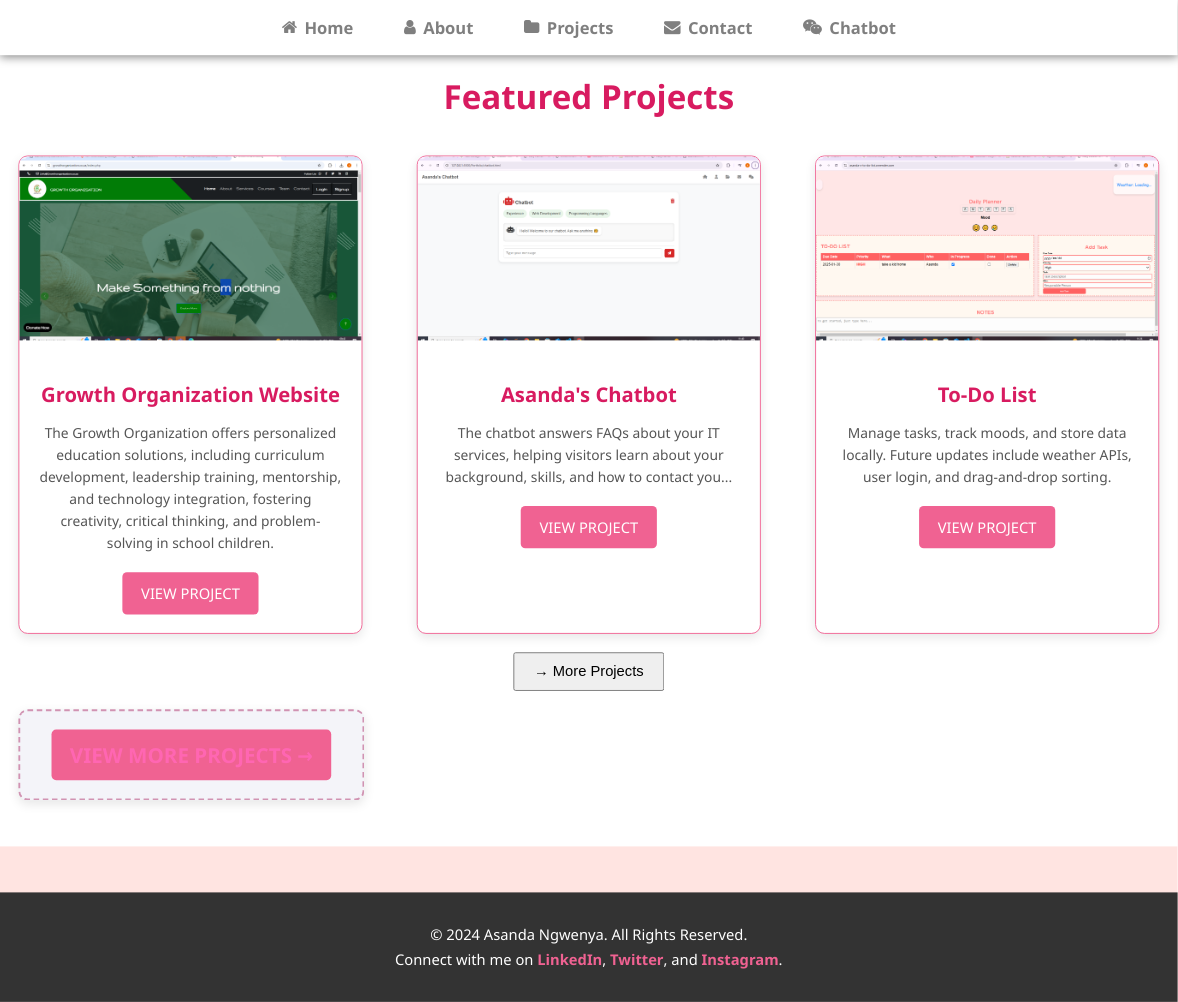
Repository: asandan8106/Asanda-sPortfolio
Page: Portfolio/project.html
An editor plug-in stored every save of this project. The page is shown before and after the next save, followed by the edit.
The browser window is 1280 px wide. The pictures show the whole page, at 92% of full size.

Above is the page before, as saved 2025-05-19 12:00:44.

### Portfolio/project.html
<!DOCTYPE html>
<html lang="en">
<head>
  <meta charset="UTF-8" />
  <meta name="viewport" content="width=device-width, initial-scale=1.0" />
  <title>Portfolio - About</title>
  <link rel="stylesheet" href="https://cdnjs.cloudflare.com/ajax/libs/font-awesome/4.7.0/css/font-awesome.min.css" />
  <link rel="stylesheet" href="styles/CSS/project.css" />
</head>
<body class="projects-page">
  <!-- Navigation Bar -->
  <header>
    <nav class="navbar">
      <div class="icon-bar">
        <a href="index.html"><i class="fa fa-home"></i><span>Home</span></a>
        <a href="About.html"><i class="fa fa-user"></i><span>About</span></a>
        <a href="project.html"><i class="fa fa-folder"></i><span>Projects</span></a>
        <a href="contact.html"><i class="fa fa-envelope"></i><span>Contact</span></a>
        <a href="chatbot.html"><i class="fa fa-wechat"></i><span>Chatbot</span></a>
      </div>
    </nav>
  </header>

  <!-- Projects Section -->
  <section class="project-section">
    <div>
      <h1>Featured Projects</h1>
    </div>

    <!-- Project Cards -->
    <div class="project-cards">
      <!-- Project 1 -->
      <div class="project-card">
        <img src="images/Screenshot (109).png" alt="Growth Organization Website Screenshot" />
        <div class="card-content">
          <h2>Growth Organization Website</h2>
          <p>The Growth Organization offers personalized education solutions, including curriculum development, leadership training, mentorship, and technology integration, fostering creativity, critical thinking, and problem-solving in school children.</p>
          <a href="https://www.growthorganization.co.za/index.php" class="project-link" target="_blank">View Project</a>
        </div>
      </div>

      <!-- Project 2 -->
      <div class="project-card">
        <img src="images/Screenshot (151).png" alt="Chatbot Screenshot" />
        <div class="card-content">
          <h2>Asanda's Chatbot</h2>
          <p>The chatbot answers FAQs about your IT services, helping visitors learn about your background, skills, and how to contact you...</p>
          <a href="chatbot.html" class="project-link" target="_blank">View Project</a>
        </div>
      </div>

      <!-- Project 3 -->
      <div class="project-card">
        <img src="images/Screenshot (150).png" alt="To-Do List Screenshot" />
        <div class="card-content">
          <h2>To-Do List</h2>
          <p>Manage tasks, track moods, and store data locally. Future updates include weather APIs, user login, and drag-and-drop sorting.</p>
          <a href="https://asanda-s-to-do-list.onrender.com" class="project-link" target="_blank">View Project</a>
        </div>
      </div>
    </div>

    <!-- Toggle Button -->
    <div style="text-align: center; margin: 20px 0;">
      <button id="toggleProjects" style="padding: 10px 20px; font-size: 1rem;">→ More Projects</button>
    </div>

    <!-- Hidden Extra Projects -->
    <div class="project-cards extra-projects hidden" id="extraProjects">
      <!-- Project 4 -->
      <div class="project-card">
        <img src="images/moviedb.png" alt="Movie Database Screenshot" />
        <div class="card-content">
          <h2>Movie Database</h2>
          <p>A simple React app that displays a list of movies. Search and filter included.</p>
          <a href="https://github.com/Tech-Titans-Alliance/MovieDatabase.git" class="project-link" target="_blank">View Project</a>
        </div>
      </div>

      <!-- Project 5 -->
      <div class="project-card">
        <img src="images/payroll.png" alt="Payroll System Screenshot" />
        <div class="card-content">
          <h2>COBOL Payroll System</h2>
          <p>Payroll management system built in COBOL, integrated with React, with features like salary calculation, tax deduction, and payslip generation.</p>
          <a href="https://github.com/Tech-Titans-Alliance/Payroll_system_management.git" class="project-link" target="_blank">View Project</a>
        </div>
      </div>

      <!-- Project 6 -->
      <div class="project-card">
        <img src="images/mtimande.png" alt="Mtimande Website Screenshot" />
        <div class="card-content">
          <h2>Mtimande Website</h2>
          <p>A responsive website designed for Mtimande that showcases services with modern visuals, interactive layout, and improved accessibility. Built using HTML, CSS, and JavaScript.</p>
          <a href="https://mtimande-website.onrender.com" class="project-link" target="_blank">View Project</a>
        </div>
      </div>

      <!-- Project 7 -->
      <div class="project-card">
        <img src="images/bank.png" alt="Bank Management System Screenshot" />
        <div class="card-content">
          <h2>Titanium-Bank</h2>
          <p>This system allows users to create accounts, manage deposits and withdrawals, view balances, and perform transactions securely. Developed using Java, C++, and SQL for academic use cases.</p>
          <a href="https://github.com/Tech-Titans-Alliance/Titanium-Bank.git" class="project-link" target="_blank">View Project</a>
        </div>
      </div>
    </div>

    <!-- More Projects Arrow (Optional) -->
    <div class="project-card view-more-card">
      <div class="card-content">
        <a href="javascript:void(0)" id="toggleProjects" class="project-link arrow-link">View More Projects →</a>
      </div>
    </div>
  </section>

  <!-- Footer -->
  <footer>
    <p>&copy; 2024 Asanda Ngwenya. All Rights Reserved.</p>
    <p>Connect with me on
      <a href="https://www.linkedin.com/" target="_blank">LinkedIn</a>,
      <a href="https://twitter.com/" target="_blank">Twitter</a>, and
      <a href="https://www.instagram.com/" target="_blank">Instagram</a>.
    </p>
  </footer>

  <!-- Inline JavaScript -->
  <script>
    document.addEventListener("DOMContentLoaded", function () {
      const toggleBtn = document.getElementById("toggleProjects");
      const extraProjects = document.getElementById("extraProjects");

      toggleBtn.addEventListener("click", function () {
        extraProjects.classList.toggle("hidden");
        toggleBtn.textContent = extraProjects.classList.contains("hidden")
          ? "→ More Projects"
          : "← Show Less";
      });
    });
  </script>
</body>
</html>

### Portfolio/styles/CSS/project.css
  /* General Styles */
        body {
            font-family: 'Segoe UI', Tahoma, Geneva, Verdana, sans-serif;
            margin: 0;
            padding: 0;
            background-color: #ffe4e1; /* Soft Pink */
            color: #333; /* Dark text */
        }

        h1, h2 {
            color: #d81b60; /* Soft dark pink */
        }

        a {
            text-decoration: none;
            color: #f06292; /* Light pink */
        }

        a:hover {
            text-decoration: underline;
        }

        /* Navigation Bar */
        .navbar {
    display: flex;
    justify-content: center;
    align-items: center;
    background: #fff; /* Transparent black for overlay effect */
    position: fixed;
    top: 0;
    width: 100%;
    height: 60px;
    z-index: 100;
    box-shadow: 0px 2px 10px rgba(0, 0, 0, 0.5);
}

.navbar .icon-bar {
    display: flex;
    gap: 25px;
}

.navbar .icon-bar a {
    text-decoration: none;
    color:  rgba(0, 0, 0, 0.5);
    font-size: 18px;
    font-weight: bold;
    display: flex;
    align-items: center;
    transition: color 0.3s, background 0.3s;
    padding: 8px 15px;
    border-radius: 5px;
}

.navbar .icon-bar a i {
    margin-right: 8px;
}

.navbar .icon-bar a:hover {
    color: #d62828;
    background: rgba(255, 255, 255, 0.2);
}

.navbar .icon-bar a span {
    display: inline-block;
}

.navbar-right a:hover {
    color: #ff66b2;
}
        /* Projects Section */
        .project-section {
            padding: 50px 20px;
            background-color: white;
            text-align: center;
        }

        .project-section h1 {
            font-size: 36px;
            margin-bottom: 40px;
            color: #d81b60; /* Dark pink */
        }

        .project-cards {
            display: flex;
            justify-content: space-between;
            flex-wrap: wrap;
            gap: 30px;
            margin-top: 30px;
        }

        .project-card {
            background-color: #fff;
            border: 1px solid #f06292; /* Soft pink border */
            border-radius: 10px;
            width: 30%;
            box-shadow: 0 4px 12px rgba(0, 0, 0, 0.1);
            transition: transform 0.3s ease, box-shadow 0.3s ease;
            overflow: hidden;
        }

        .project-card:hover {
            transform: translateY(-10px);
            box-shadow: 0 8px 20px rgba(0, 0, 0, 0.15);
        }

        .project-card img {
            width: 100%;
            height: 200px;
            object-fit: cover;
        }

        .project-card .card-content {
            padding: 20px;
        }

        .project-card h2 {
            font-size: 22px;
            color: #d81b60; /* Dark pink */
            margin-bottom: 10px;
        }

        .project-card p {
            font-size: 15px;
            line-height: 1.6;
            color: #555;
            margin-bottom: 20px;
        }

        .project-link {
            font-size: 16px;
            color: #fff;
            background-color: #f06292; /* Light pink */
            padding: 12px 20px;
            border-radius: 5px;
            display: inline-block;
            text-transform: uppercase;
            transition: background-color 0.3s ease;
        }

        .project-link:hover {
            background-color: #ec407a; /* Slightly darker pink */
        }
        .hidden {
         display: none;}

.project-card.view-more-card {
    display: flex;
    align-items: center;
    justify-content: center;
    background-color: #f4f4f9;
    color: #ff66b2;
    font-weight: bold;
    font-size: 1.2rem;
    text-align: center;
    transition: background-color 0.3s;
    cursor: pointer;
    border: 2px dashed #d193b2;
}

.project-card.view-more-card:hover {
    background-color: #ffe6f0;
}

.arrow-link {
    color: #ff66b2;
    text-decoration: none;
    font-size: 1.4rem;
    transition: transform 0.2s ease;
}

.arrow-link:hover {
    transform: translateX(6px);
}



        /* Footer */
        footer {
            background-color: #333; /* Black */
            color: white;
            padding: 30px 20px;
            text-align: center;
            margin-top: 50px;
        }

        footer p {
            margin: 5px 0;
        }

        footer a {
            color: #f06292; /* Light pink */
            text-decoration: none;
            font-weight: bold;
        }

        footer a:hover {
            text-decoration: underline;
        }

        /* Responsive Design */
        @media screen and (max-width: 768px) {
            .project-cards {
                flex-direction: column;
                align-items: center;
            }

            .project-card {
                width: 80%;
            }
        }

        @media screen and (max-width: 480px) {
            .navbar .icon-bar a {
                font-size: 18px;
                margin: 0 8px;
            }

            .project-card {
                width: 90%;
            }
        }

After the next save:
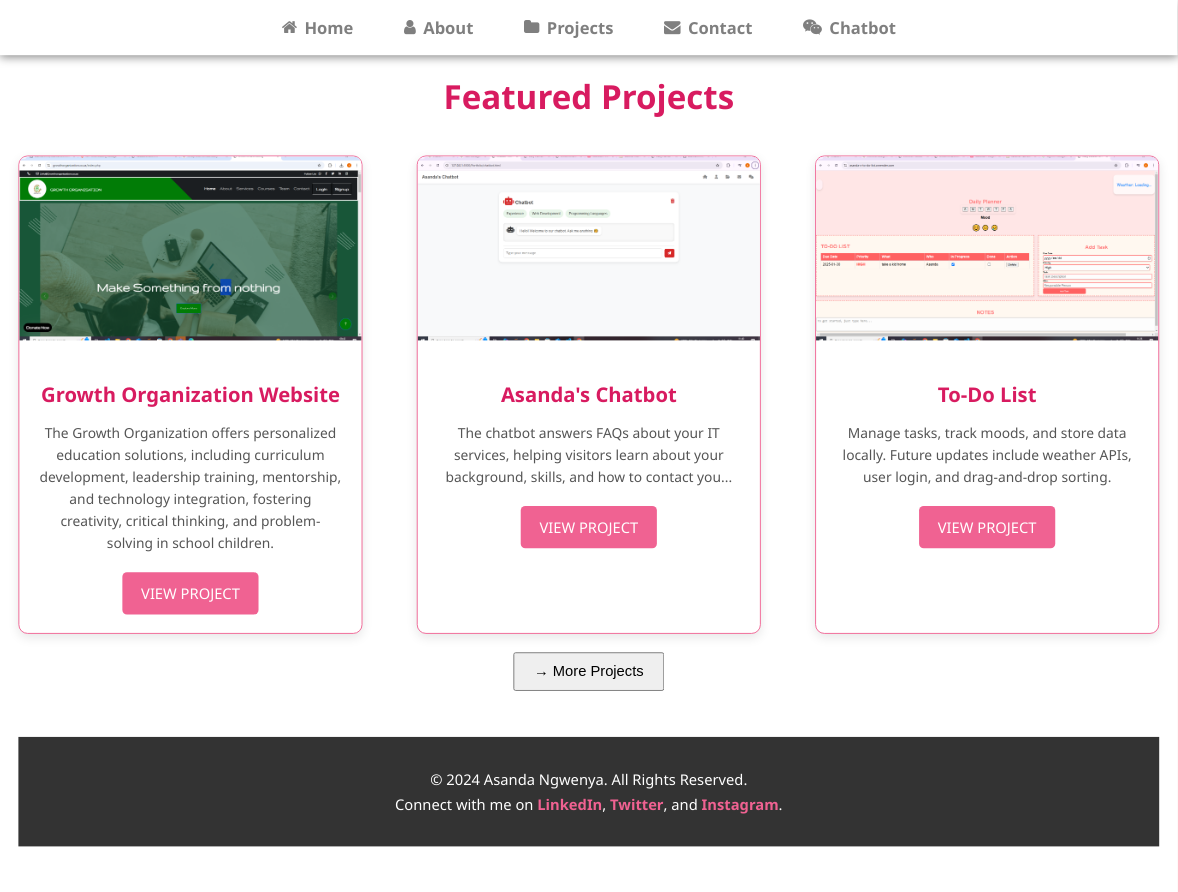
Saved 71 s later.
--- a/Portfolio/project.html
+++ b/Portfolio/project.html
@@ -109,12 +109,12 @@
     </div>
 
     <!-- More Projects Arrow (Optional) -->
-    <div class="project-card view-more-card">
+ <!--    <div class="project-card view-more-card">
       <div class="card-content">
         <a href="javascript:void(0)" id="toggleProjects" class="project-link arrow-link">View More Projects →</a>
       </div>
     </div>
-  </section>
+  </section> -->
 
   <!-- Footer -->
   <footer>
